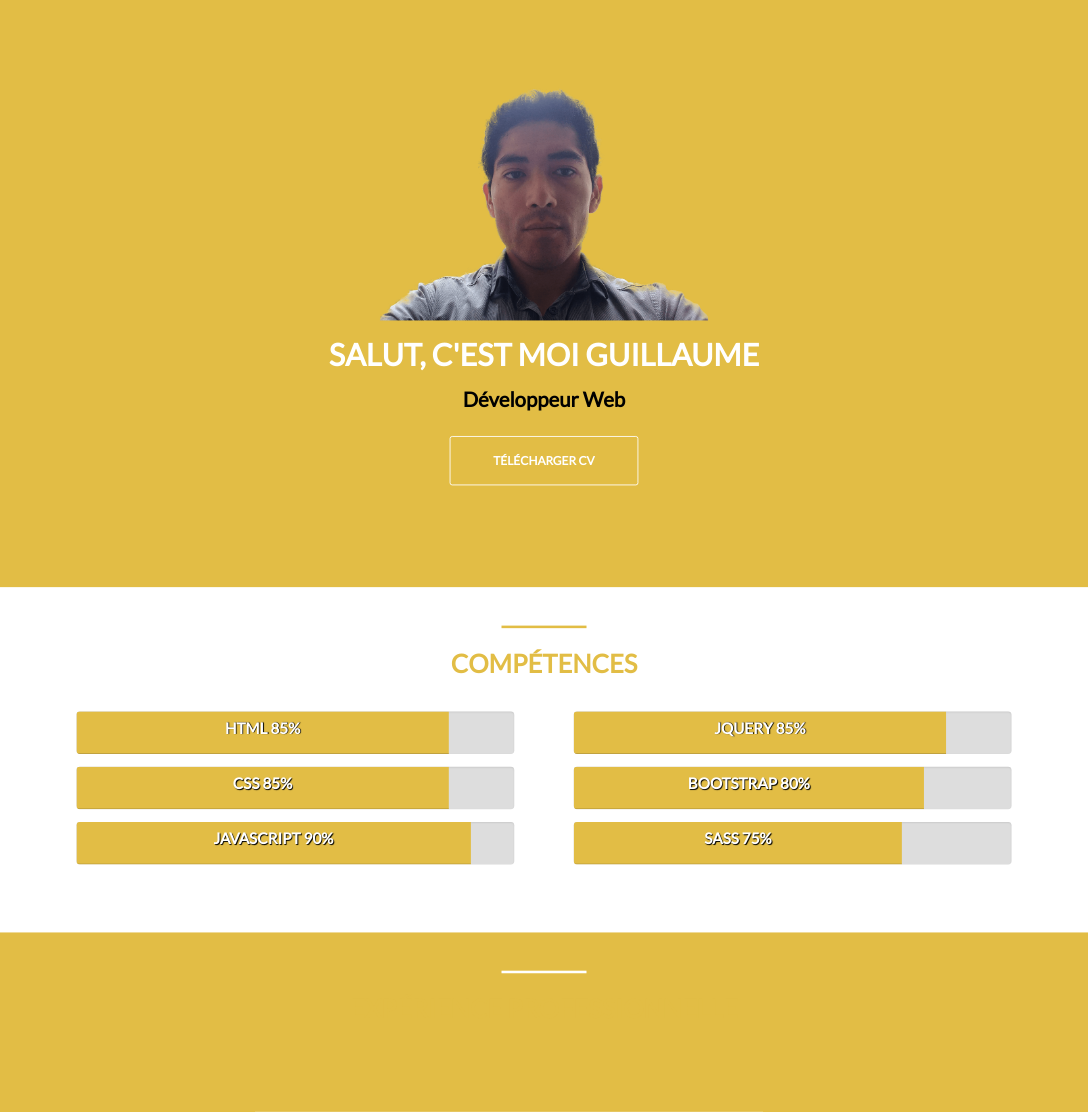
Repository: 0Memo/mon-cv
Page: index.html
The author's editor kept a copy of each file at every save. The page is drawn from the files as they stood at one save, then again after the next save.
The browser window is 1280 px wide. The pictures show the whole page, at 85% of full size.

Above is the page before, as saved 2020-12-28 21:35:13.

### index.html
<!DOCTYPE html>
<html lang="en">
    <head>
        <meta charset="UTF-8">
        <meta name="viewport" content="width=device-width, initial-scale=1.0">
        <meta name="description" content="Voici mon cv, vous pourrez découvrir mon parcours de formation, et mes expériences professionnelles">
        <meta name="author" content="Guillaume Mehats">
        <title>Mon CV</title>
        <link rel="preconnect" href="https://fonts.gstatic.com">
        <link href="https://fonts.googleapis.com/css2?family=Lato&display=swap" rel="stylesheet">
        <link rel="stylesheet" href="css/bootstrap.min.css">
        <link rel="stylesheet" href="css/styles.css">
        <link rel="shortcut icon" href="img/colombia.png">
    </head>
    <body>
        <section id="about" class="container-fluid">
            <div class="col-xs-8 col-md-4 profile-picture">
                <img src="img/photo.png" alt="Guillaume" class="rounded-circle">
            </div>
            <div class="heading">
                <h1>Salut, c'est moi Guillaume</h1>
                <h3>Développeur Web</h3>
                <a href="docs/CV_Guillaume_Mehats.pdf" class="button1">Télécharger CV</a>
            </div>
        </section>

        <section id="skills">
            <div class="yellow-divider">
            </div>
            <div class="heading">
                <h2>Compétences</h2>
            </div>
            <div class="container">
                <div class="row">
                    <div class="col-md-6">
                        <div class="progress">
                            <div class="progress-bar" role="progressbar" aria-valuenow="85" aria-valuemin="0" aria-valuemax="100" style="width:85%">
                                <h5>HTML 85%</h5>
                            </div>
                        </div>
                        <div class="progress">
                            <div class="progress-bar" role="progressbar" aria-valuenow="85" aria-valuemin="0" aria-valuemax="100" style="width:85%">
                                <h5>CSS 85%</h5>
                            </div>
                        </div>
                        <div class="progress">
                            <div class="progress-bar" role="progressbar" aria-valuenow="90" aria-valuemin="0" aria-valuemax="100" style="width:90%">
                                <h5>JAVASCRIPT 90%</h5>
                            </div>
                        </div>
                    </div>
                    <div class="col-md-6">
                        <div class="progress">
                            <div class="progress-bar" role="progressbar" aria-valuenow="85" aria-valuemin="0" aria-valuemax="100" style="width:85%">
                                <h5>JQUERY 85%</h5>
                            </div>
                        </div>
                        <div class="progress">
                            <div class="progress-bar" role="progressbar" aria-valuenow="80" aria-valuemin="0" aria-valuemax="100" style="width:80%">
                                <h5>BOOTSTRAP 80%</h5>
                            </div>
                        </div>
                        <div class="progress">
                            <div class="progress-bar" role="progressbar" aria-valuenow="75" aria-valuemin="0" aria-valuemax="100" style="width:75%">
                                <h5>SASS 75%</h5>
                            </div>
                        </div>
                    </div>
                </div>
            </div>
        </section>

        <section id="experience">
            <div class="container">
                <div class="white-divider"></div>
                <div class="heading">
                    <h2>Expérience professionnelle</h2>
                </div>
            </div>
        </section>

        <script src="js/jquery-3.5.1.min.js"></script>
        <script src="https://cdn.jsdelivr.net/npm/popper.js@1.16.0/dist/umd/popper.min.js" integrity="sha384-Q6E9RHvbIyZFJoft+2mJbHaEWldlvI9IOYy5n3zV9zzTtmI3UksdQRVvoxMfooAo" crossorigin="anonymous"></script>
        <script src="js/bootstrap.min.js"></script>
        <script src="js/script.js"></script>
    </body>
</html>

### css/styles.css
:root {
    --color: #e2bd45;
}

body {
    font-family: 'Lato', sans-serif;
}

h1, h2, h3, h4, h5, h6 {
    font-weight: bold;
}


.profile-picture {
    text-align: center;
    margin: 0 auto;
    float: none;
}

img {
    max-width: 100%;
    height: auto;
}

section {
    padding: 45px 0 80px 0;
}

#about {
    padding-top: 100px;
    background: var(--color);
}

#about  .heading {
    text-align: center;
    padding-bottom: 40px;
}

#about .heading h1 {
    color: #fff;
    text-transform: uppercase;
}

#about .heading h3 {
    color: #000;
}

#about .heading .button1 {
    color: #fff;
    font-weight: bold;
    text-transform: uppercase;
    border: 1px solid #fff;
    margin-top: 20px;
    display: inline-block;
    padding: 18px 50px;
    border-radius: 3px;
    transition: all 0.3s ease-in 0s;
}

#about .heading .button1:hover {
    text-decoration: none;
    background: #fff;
    color: var(--color);
}

#skills {
    background: #fff;
}

#skills .yellow-divider {
    width: 100px;
    height: 3px;
    background: var(--color);
    margin: 0 auto;
}

#skills .heading h2, #experience .heading h2 {
    color: var(--color);
    text-align: center;
    text-transform: uppercase;
    margin: 25px;
}

#skills .progress {
    height: 50px;
    background: #ddd;
}

#skills .progress:last-child {
    margin: 0 20px;
}

#skills .progress:not(:last-child) {
    margin: 15px 20px;

}

#skills .progress .progress-bar {
    background: var(--color);
}


#skills .progress .progress-bar h5 {
    text-shadow: 1px 1px 1px #000;
    font-size: 18px;
    line-height: 18px;
}

#experience {
    background: var(--color);
}

#experience .white-divider {
    width: 100px;
    height: 3px;
    background: #fff;
    margin: 0 auto;
}

Loaded but not shown: css/bootstrap.min.css (library); js/jquery-3.5.1.min.js (library); js/bootstrap.min.js (library); js/script.js (no copy from this time; the picture is the same without it)

After the next save:
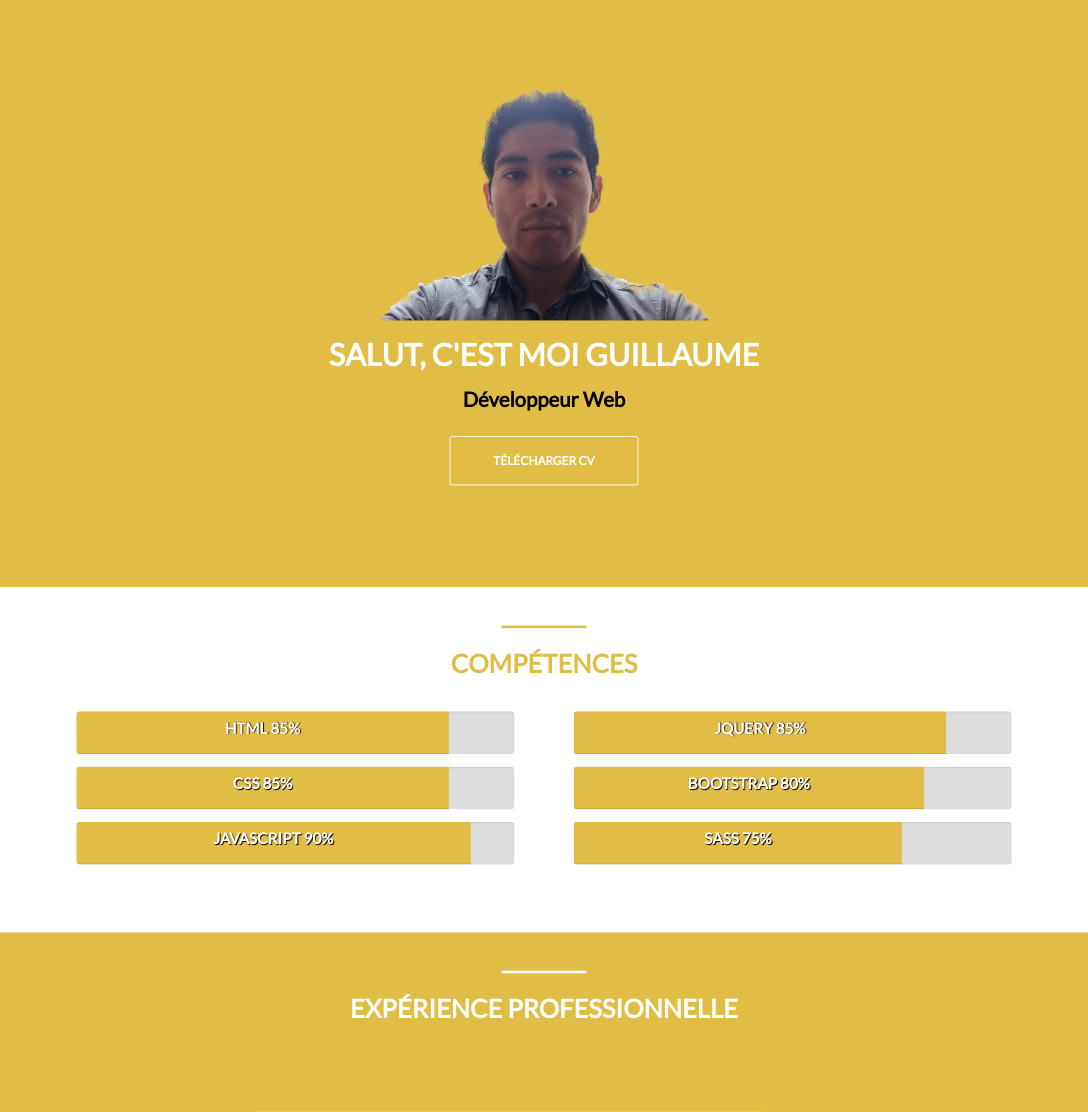
Saved 28 s later.
--- a/css/styles.css
+++ b/css/styles.css
@@ -116,3 +116,10 @@ section {
     background: #fff;
     margin: 0 auto;
 }
+
+#experience .heading h2 {
+    color: #fff;
+    text-align: center;
+    text-transform: uppercase;
+    margin: 25px;
+}
